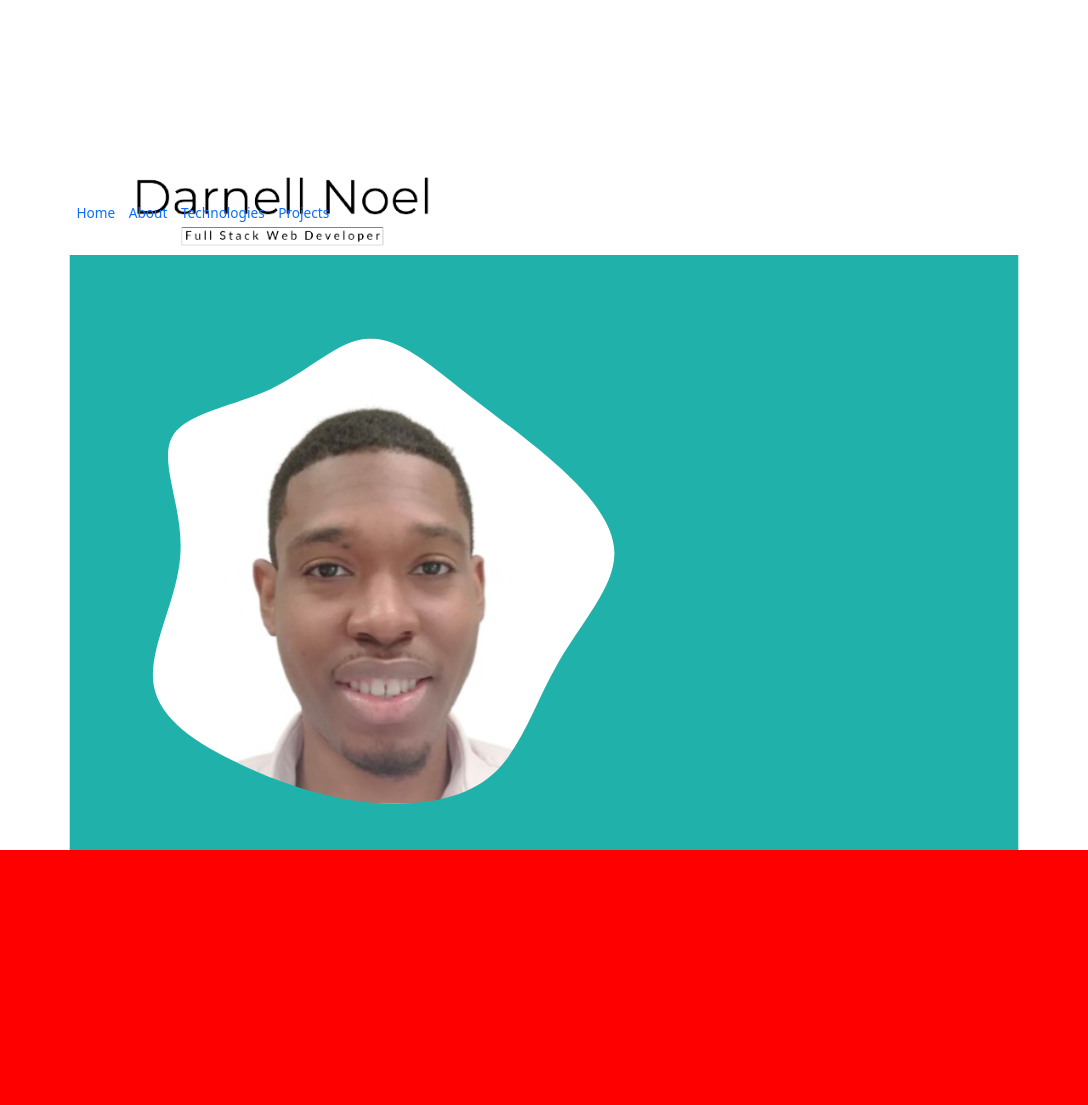
Repository: DNoel26/My_Dev_Portfolio
Page: index.html
The author's editor kept a copy of each file at every save. The page is drawn from the files as they stood at one save, then again after a run of saves.
The browser window is 1280 px wide. The pictures show the whole page, at 85% of full size.

Above is the page before, as saved 2021-01-28 18:37:39.

### index.html
<!DOCTYPE html>
<html lang="en">
<head>
    <meta charset="UTF-8">
    <meta name="viewport" content="width=device-width, initial-scale=1.0">
    <title>Homepage | Darnell Noel | Professional Portfolio | Full Stack Web Development</title>
    <link href="https://cdn.jsdelivr.net/npm/bootstrap@5.0.0-beta1/dist/css/bootstrap.min.css" rel="stylesheet" integrity="sha384-giJF6kkoqNQ00vy+HMDP7azOuL0xtbfIcaT9wjKHr8RbDVddVHyTfAAsrekwKmP1" crossorigin="anonymous">
    <link rel="stylesheet" href="/css/style.css">
</head>
<body>
    <header>
        <div class="container">
            <nav class="">
                <!--Logo-->
                <a href="/" class="navbar-brand"><img src="/img/Darnell Noel-logos_black_no_bg.png" alt="Darnell Noel's Full Stack Web Development Logo for his portfolio" class="img-fluid logo"></a>
            </nav>
            <nav class="navbar navbar-expand-md">
                <!--Nav Links-->
                <ul class="navbar-nav">
                    <li class="nav-item">
                        <a href="/" class="nav-link">Home</a>
                    </li>
                    <li class="nav-item">
                        <a href="#about" class="nav-link">About</a>
                    </li>
                    <li class="nav-item">
                        <a href="#technologies" class="nav-link">Technologies</a>
                    </li>
                    <li class="nav-item">
                        <a href="#projects" class="nav-link">Projects</a>
                    </li>
                </ul>
            </nav>
        </div>
    </header>
    <main>
        <div>
            <section class="container hero">
                <div class="mx-auto">
                    <!--<img src="/img/profile_pic.jpg" alt="Darnell Noel's profile pic" class="prof-pic svg-clip">-->
                    <svg viewBox="0 0 200 200" xmlns="http://www.w3.org/2000/svg">
                        <defs>
                            <pattern id="img-pattern" x="-0.15" y="0" width="1.15" height="1">
                                <image href="/img/profile_pic_white_bg.jpg"/>
                            </pattern>
                        </defs>
                        <path fill="url(#img-pattern)" d="M30.8,-55.5C40.8,-47.6,50.2,-41,60.8,-32C71.3,-23,82.9,-11.5,83.1,0.1C83.2,11.7,72,23.4,64.2,37.1C56.3,50.7,51.8,66.4,41.7,75C31.6,83.7,15.8,85.4,0.8,84C-14.1,82.5,-28.2,77.9,-42.1,71.4C-56.1,64.9,-69.9,56.6,-71.8,44.4C-73.7,32.2,-63.7,16.1,-62.8,0.6C-61.8,-15,-69.9,-30,-65.8,-38.4C-61.7,-46.9,-45.5,-48.8,-32.5,-54.9C-19.5,-61,-9.8,-71.3,0.3,-71.9C10.4,-72.4,20.9,-63.3,30.8,-55.5Z" transform="translate(100 100)" />

                        <!--<defs>
                            <clipPath id="svg-clip">
                                <path d="M45.8,-76.7C59.5,-71.3,70.9,-59.4,77.1,-45.6C83.2,-31.7,84.1,-15.8,84.8,0.4C85.4,16.6,85.9,33.2,78.2,44.4C70.5,55.6,54.6,61.4,40.2,65.7C25.9,70.1,12.9,72.9,-0.9,74.5C-14.7,76,-29.4,76.2,-41.2,70.4C-53,64.5,-61.8,52.7,-69.1,39.9C-76.3,27.2,-82,13.6,-82.4,-0.2C-82.7,-14,-77.7,-28,-69.4,-38.9C-61,-49.7,-49.4,-57.5,-37.2,-63.8C-25.1,-70,-12.6,-74.8,1.7,-77.8C16,-80.8,32,-82,45.8,-76.7Z" transform="translate(100 100)" />
                            </clipPath>
                        </defs>-->
                    </svg>
                </div>
            </section>
        </div>
    </main>
    <footer>
        <div class="container-fluid">

        </div>
    </footer>
    <script src="https://cdn.jsdelivr.net/npm/bootstrap@5.0.0-beta1/dist/js/bootstrap.bundle.min.js" integrity="sha384-ygbV9kiqUc6oa4msXn9868pTtWMgiQaeYH7/t7LECLbyPA2x65Kgf80OJFdroafW" crossorigin="anonymous"></script>
</body>
</html>

### css/style.css
header {
    /*height: 150px;
    background-color: blue;*/
}

header nav:first-child {
    height: 200px;
}

header nav:last-child {
    height: 100px;
}

footer {
    background-color: red;
    height: 300px;
}

.hero > div:first-child {
    height: 700px;
    background-color: lightseagreen;
}

.prof-pic.svg-clip {
    height: 100%;
    -webkit-clip-path: url(#svg-clip);
    clip-path: url(#svg-clip);
}

svg,
svg image {
    height: 100%;
    width: auto;
}

After the next 2 saves:
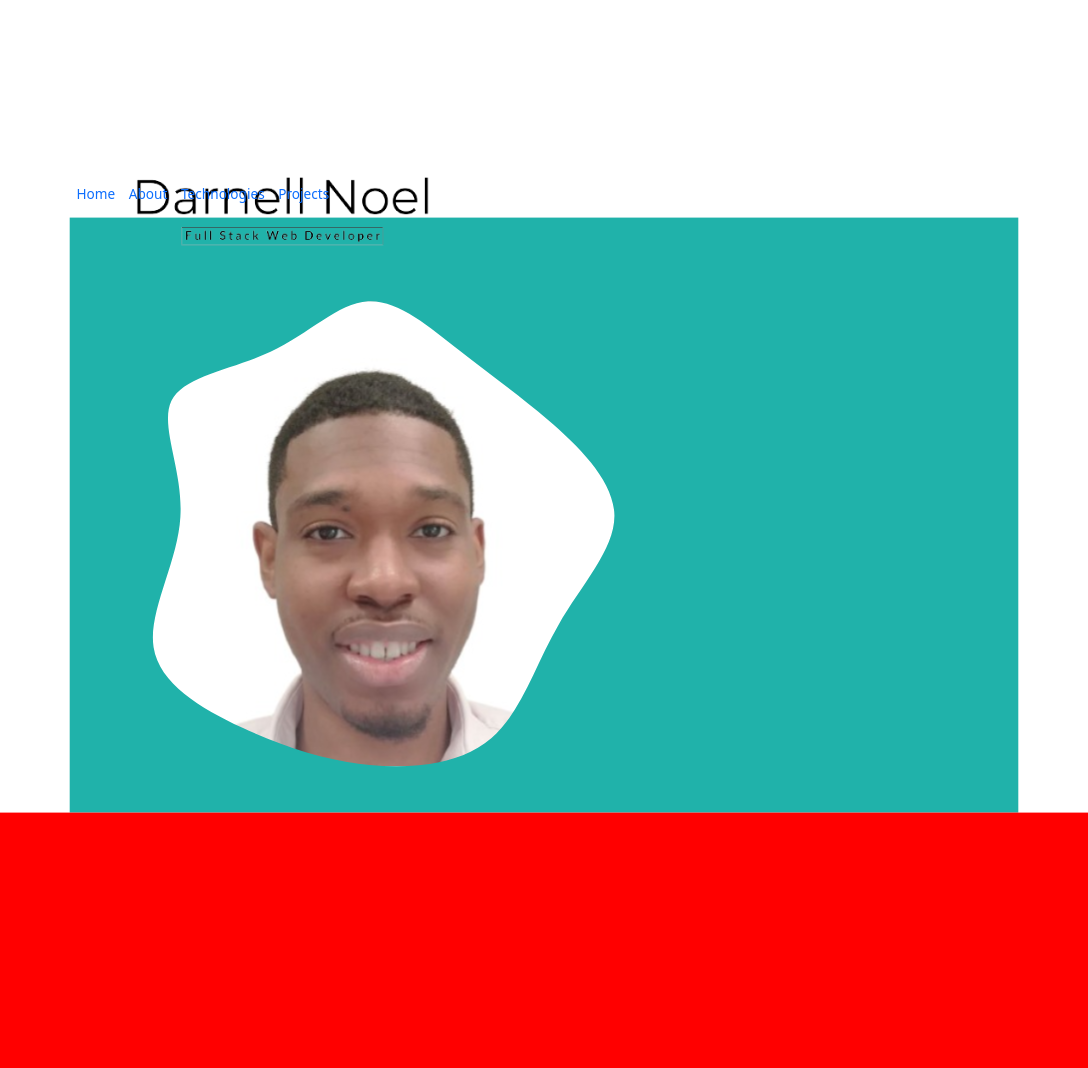
The 2 saves are shown as one change because they came seconds apart.
The last was saved 34 s later.
--- a/css/style.css
+++ b/css/style.css
@@ -4,11 +4,11 @@
 }
 
 header nav:first-child {
-    height: 200px;
+    height: 200px !important;
 }
 
 header nav:last-child {
-    height: 100px;
+    height: 100px !;
 }
 
 footer {

After the save that followed:
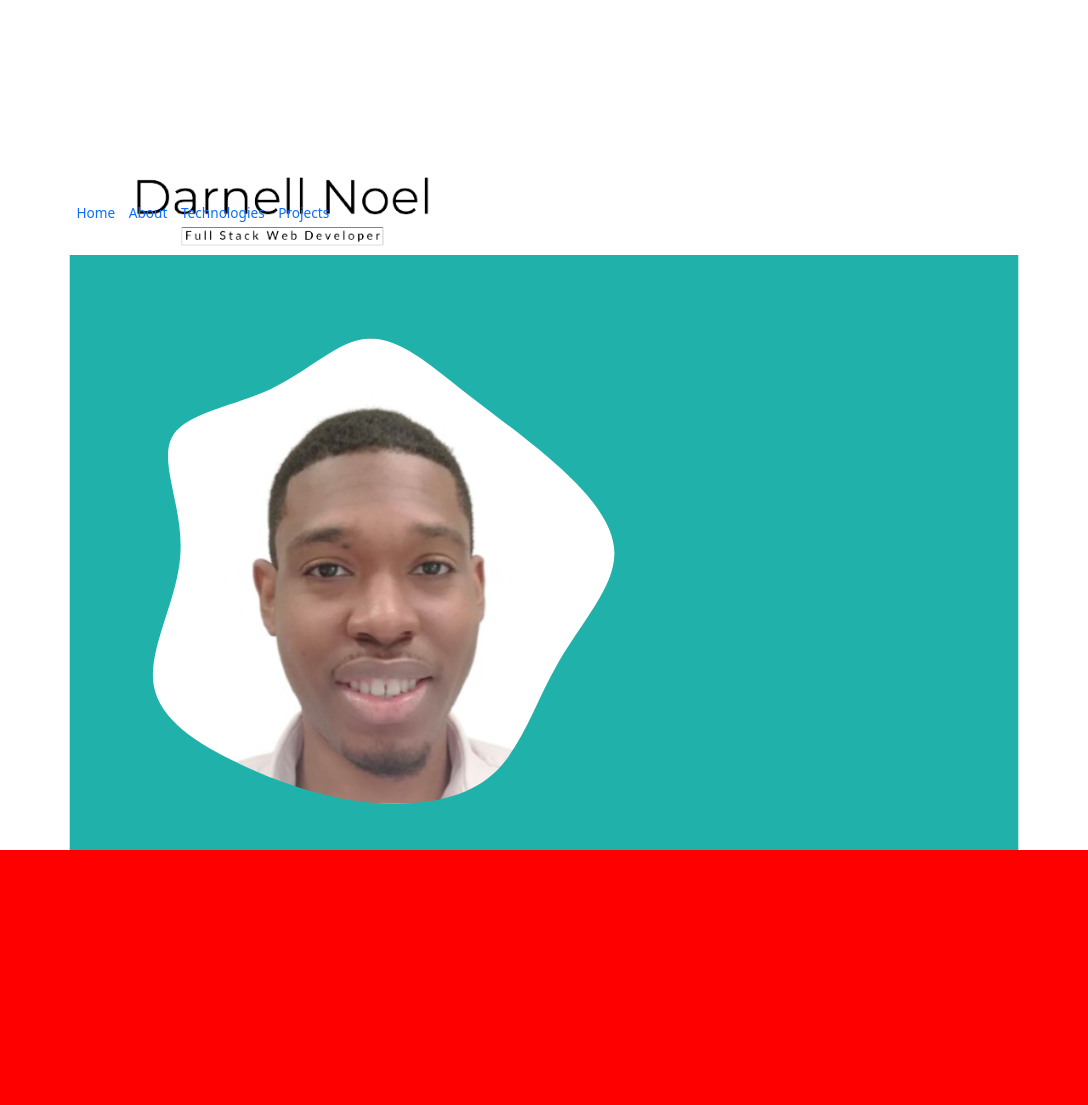
Saved 4 s later.
--- a/css/style.css
+++ b/css/style.css
@@ -8,7 +8,7 @@
 }
 
 header nav:last-child {
-    height: 100px !;
+    height: 100px !important;
 }
 
 footer {
